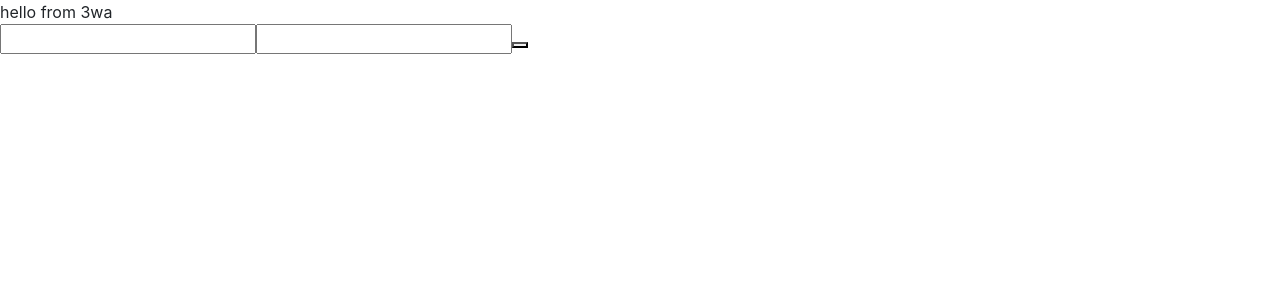
Repository: FS-23/react-task-manager
Page: /login
An editor plug-in stored every save of this project. The page is shown before and after the next save, followed by the edit.
The browser window is 1280 px wide. The pictures show the whole page.
The project was rebuilt for these pictures with package versions that can differ from the ones it lists, and the page was loaded fresh each time.

Above is the page before, as saved 2022-04-28 12:52:26.

### public/index.html
<!DOCTYPE html>
<html lang="en">
  <head>
    <meta charset="utf-8" />
    <link rel="icon" href="%PUBLIC_URL%/favicon.ico" />
    <meta name="viewport" content="width=device-width, initial-scale=1" />
    <meta name="theme-color" content="#000000" />
    <meta  name="description" content="Web site created using create-react-app"/>
    <link rel="apple-touch-icon" href="%PUBLIC_URL%/logo192.png" />

    <link rel="manifest" href="%PUBLIC_URL%/manifest.json" />

    <title>React App</title>

    <!-- CSS only -->
   <link href="https://cdn.jsdelivr.net/npm/bootstrap@5.1.3/dist/css/bootstrap.min.css" rel="stylesheet" >
  </head>
  <body>
    <noscript>You need to enable JavaScript to run this app.</noscript>
    <div id="root"></div>


    <!-- JavaScript Bundle with Popper -->
    <script src="https://cdn.jsdelivr.net/npm/bootstrap@5.1.3/dist/js/bootstrap.bundle.min.js"></script>
  </body>
</html>

### src/index.js
import React from 'react';
import ReactDOM from 'react-dom/client';
import './index.css';
import App from './App';
//import 'https://cdn.jsdelivr.net/npm/bootstrap@5.1.3/dist/css/bootstrap.min.css'

const root = ReactDOM.createRoot(document.getElementById('root'));
root.render(
  <React.StrictMode>
    <App />
  </React.StrictMode>
);

// If you want to start measuring performance in your app, pass a function
// to log results (for example: reportWebVitals(console.log))
// or send to an analytics endpoint. Learn more: https://bit.ly/CRA-vitals

### src/App.js

import Login from "./components/Login";
function App() {
  return (
    <div className="App">
         hello from 3wa
         <Login />
    </div>
  );
}




export default App;

### src/components/Login.js
function Login(){
     return(
         <>
             <div>
                 <form>
                     <input />
                     <input />
                     <button></button>
                 </form>
             </div>
         </>
     )
}

export default Login

Loaded but not shown: src/index.css (common file)

After the next save:
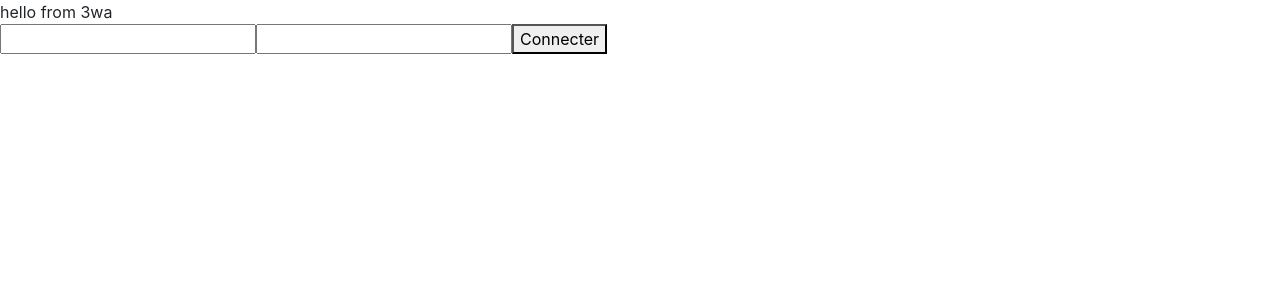
Saved 18 s later.
--- a/src/components/Login.js
+++ b/src/components/Login.js
@@ -5,7 +5,7 @@
                  <form>
                      <input />
                      <input />
-                     <button></button>
+                     <button>Connecter</button>
                  </form>
              </div>
          </>
